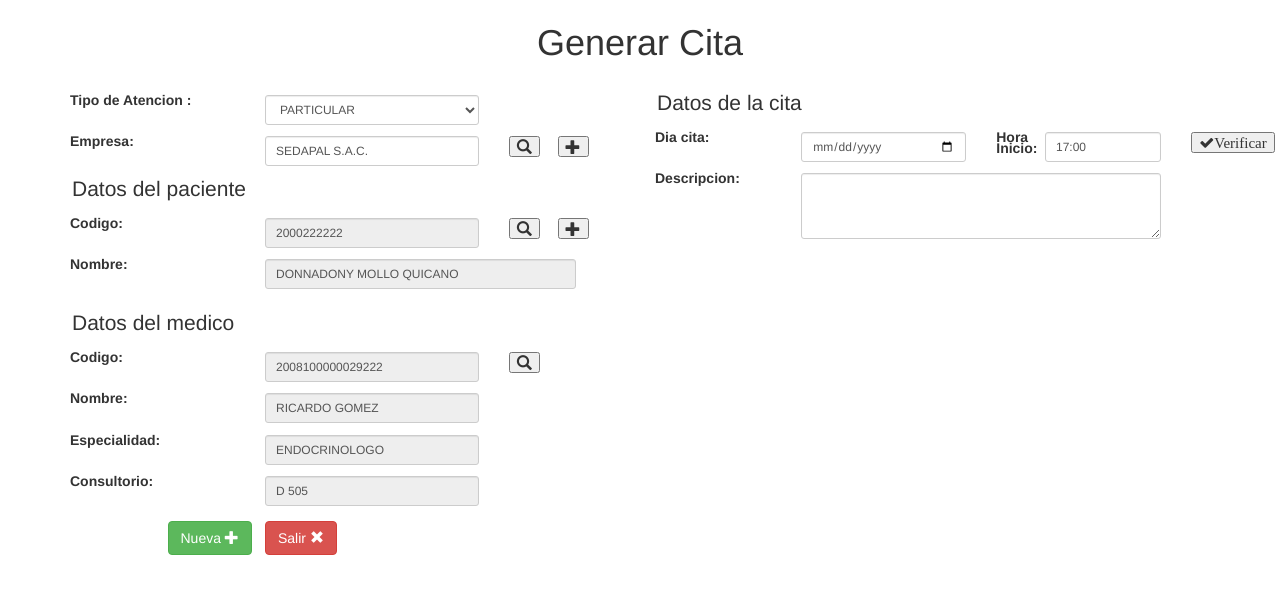
Repository: Donyx10/ADSII-ProyectoClinica
Page: http://localhost/AvanceWeb/GeneraCitaMedica.jsp
The author's editor kept a copy of each file at every save. The page is drawn from the files as they stood at one save, then again after the next save.
The browser window is 1280 px wide. The page is 1280 px wide, then 1285 px, so the pictures cover 1285 px, including what lies to the right of the window. The pictures show the whole page.
Some web fonts or font styles are not loaded; a fallback is used. The page is served by Tomcat 9. Other server files are loaded and not shown.

Above is the page before, as saved 2018-06-04 05:42:07.

### WebDemo/AvanceWeb/WebContent/GeneraCitaMedica.jsp
<!DOCTYPE html>
<html lang="esS">
<head>
<meta charset="UTF-8">
<meta name="viewport"
	content="width=device-width, initial-scale=1, maximum-scale=1, user-scalable=no">
<script type="text/javascript" src="js/jquery.min.js"></script>
<script type="text/javascript" src="js/jquery.dataTables.min.js"></script>
<script type="text/javascript" src="js/dataTables.bootstrap.min.js"></script>
<script type="text/javascript" src="js/bootstrap.min.js"></script>
<script type="text/javascript" src="js/bootstrapValidator.js"></script>
<link rel="stylesheet" href="css/bootstrap.css" />
<link rel="stylesheet" href="css/dataTables.bootstrap.min.css" />
<link rel="stylesheet" href="css/style.css" />
<link rel="stylesheet" href="css/bootstrapValidator.css" />
<link rel="stylesheet"
	href="https://cdnjs.cloudflare.com/ajax/libs/font-awesome/4.7.0/css/font-awesome.min.css">
<title>Generar Cita</title>

</head>
<body>

	<div class="container" style="padding-top: 3px; line-height: 0.8;">
		<h1 align="center">Generar Cita</h1>
		<br>
		<br>
		<form action="generarCita" id="id_form">
			<div class="form-group row">
				<div class="col-md-6" >

					<div class="form-group row" align="left" id="atencion">
						<div class="col-md-12" >
							<div class="row">
								<div class="col-md-4">
									<label for="atencion">Tipo de Atencion : </label>
								</div>
								<div class="col-md-5">
									<select class="form-control input-sm" style="">
										<option>PARTICULAR
										<option>EPS
										<option>SEGURO
									</select>
								</div>
							</div>
							<br>
							<div class="row">
									<div class="col-md-4">
										<label class="" for="id_codigo">Empresa:</label>
									</div>
									<div class="col-md-5">
										<input class="form-control input-sm" type="text"
											value="SEDAPAL S.A.C." id="" name=""
											placeholder="Ingrese el codigo">
									</div>
									<div class="col-md-1" align="right">
										<button style="font-size: 15px">
											<i class="glyphicon glyphicon-search"></i>
										</button>
									</div>
									<div class="col-sm-1">
										<button style="font-size: 15px">
											<i class="glyphicon glyphicon-plus"></i>
										</button>
									</div>
								</div>

						</div>
					</div>

					<div class="form-group row" align="left" id="paciente">
						<div class="col-md-12" >
							<fieldset>
								<legend>Datos del paciente</legend>
								<div class="row">
									<div class="col-md-4">
										<label class="" for="id_codigo">Codigo:</label>
									</div>
									<div class="col-md-5">
										<input class="form-control input-sm" type="text" readonly="readonly"
											value="2000222222" id="" name=""
											placeholder="Ingrese el codigo">
									</div>
									<div class="col-md-1" align="right">
										<button style="font-size: 15px">
											<i class="glyphicon glyphicon-search"></i>
										</button>
									</div>
									<div class="col-sm-1">
										<button style="font-size: 15px">
											<i class="glyphicon glyphicon-plus"></i>
										</button>
									</div>
								</div>
								<br>
								<div class="row">
									<div class="col-md-4">
										<label class="" for="">Nombre:</label>
									</div>
									<div class="col-md-7">
										<input class="form-control input-sm" type="text" readonly="readonly"
											value="DONNADONY MOLLO QUICANO" id="" name=""
											placeholder="Ingrese el nombre" size="30">
									</div>
								</div>

							</fieldset>
						</div>

					</div>

					<br>
					<div class="form-group row" id="cita" >
						<div class="col-md-12">
						<fieldset>
								<legend>Datos del medico</legend>

								<div class="row">
									<div class="col-md-4">
										<label class="" for="id_codigo">Codigo:</label>
									</div>
									<div class="col-md-5">
										<input class="form-control input-sm" type="text" readonly="readonly"
											id="id_codigo" value="2008100000029222"
											name="computadora.nombre" placeholder="Ingrese el codigo">

									</div>
									<div class="col-md-1">
										<button style="font-size: 15px">
											<i class="glyphicon glyphicon-search"></i>
										</button>
									</div>
								</div>
								<br>
								<div class="row">
									<div class="col-md-4">
										<label class="" for="">Nombre:</label>
									</div>
									<div class="col-md-5">
										<input class="form-control input-sm" type="text" id="" readonly="readonly"
											value="RICARDO GOMEZ" name="" placeholder="Ingrese el nombre">
									</div>
								</div>
								<br>
								<div class="row">
									<div class="col-md-4">
										<label class="" for="">Especialidad:</label>
									</div>
									<div class="col-md-5">
										<input class="form-control input-sm" type="text" id="" name="" readonly="readonly"
											value="ENDOCRINOLOGO" placeholder="Ingrese la especialidad">
									</div>
								</div>
								<br>
								<div class="row">
									<div class="col-md-4">
										<label class="" for="">Consultorio:</label>
									</div>
									<div class="col-md-5">
										<input class="form-control input-sm" type="text" id="" name="" readonly="readonly"
											value="D 505" placeholder="Ingrese el consultorio">
									</div>
								</div>
							</fieldset>

						</div>
					</div>
					<div class="form-group row" id="botones">
						<div class="col-md-2" align="center"></div>
						<div class="col-md-2" align="center">
							<button type="submit" class="btn btn-success">
								Nueva <span class="glyphicon glyphicon-plus"></span>
							</button>
						</div>
						<div class="col-md-2" align="center">
							<button type="submit" class="btn btn-danger">
								Salir <span class="glyphicon glyphicon-remove"></span>
							</button>
						</div>
					</div>
				</div>
				<div class="col-md-6" >
					<div class="form-group row" id="medico"
						>
						<div class="col-md-12" >
							<fieldset>
								<legend>Datos de la cita </legend>
								<!--
								<div class="row">
									<div class="col-md-3">
										<label class="" for="">Especialidad:</label>
									</div>
									<div class="col-md-4">
										<select class="form-control input-sm">
											<option>TRAUMATOLOGIA
											<option>CIRUJIA
											<option>GINECOLOGIA
										</select>
									</div>
								</div>
								<br>
								 -->
								<!--
						<div class="row">
							<div class="col-md-3">
								<label class="" for="">Numero:</label>
							</div>
							<div class="col-md-3">
								<input class="form-control" type="text" id="" name="" value="001-000029"
									size="10" placeholder="Numero">
							</div>
						</div>
						<br>-->
								<div class="row">
									<div class="col-md-3">
										<label class="" for="id_codigo">Dia cita:</label>
									</div>
									<div class="col-md-4">
										<input class="form-control input-sm" type="date" id=""
											value="5/18/2018" name="" placeholder="Dia" size="10">

									</div>

									<div class="col-md-1">
										<label class="" for="id_codigo">Hora Inicio:</label>
									</div>
									<div class="col-md-3">
										<input class="form-control input-sm" type="text" id="" name=""
											value="17:00" placeholder="Hora" size="10">

									</div>
									<div class="col-md-1">
										<button style="font-size: 15px">
											<i class="fa fa-check">Verificar</i>
										</button>

									</div>
								</div>
								<br>
								<div class="row">
									<div class="col-md-3">
										<label class="" for="">Descripcion:</label>
									</div>
									<div class="col-lg-8">
										<textarea class="form-control input-sm" rows="3" id="comment"></textarea>
									</div>
								</div>
							</fieldset>
						</div>
					</div>
				</div>
			</div>
		</form>
	</div>
</body>
</html>

### WebDemo/AvanceWeb/WebContent/css/style.css


.table-fixed {
	width: 100%;
	background-color: #f3f3f3;
}

.table-fixed tbody {
	height: 120px;
	overflow-y: auto;
	width: 100%;
}

.table-fixed thead, .table-fixed tbody, .table-fixed tr, .table-fixed td,
	.table-fixed th {
	display: block;
}

.table-fixed tbody td {
	float: left;
}

.table-fixed thead tr th {
	float: left;
	background-color: #f39c12;
	border-color: #e67e22;
}

legend {
    display: block;
    padding-left: 2px;
    padding-right: 2px;
    border: none;
}

Loaded but not shown: WebDemo/AvanceWeb/WebContent/js/jquery.min.js (library); WebDemo/AvanceWeb/WebContent/js/jquery.dataTables.min.js (library); WebDemo/AvanceWeb/WebContent/js/dataTables.bootstrap.min.js (common file); WebDemo/AvanceWeb/WebContent/js/bootstrap.min.js (library); WebDemo/AvanceWeb/WebContent/js/bootstrapValidator.js (library); WebDemo/AvanceWeb/WebContent/css/bootstrap.css (library); WebDemo/AvanceWeb/WebContent/css/dataTables.bootstrap.min.css (library); WebDemo/AvanceWeb/WebContent/css/bootstrapValidator.css (common file)

After the next save:
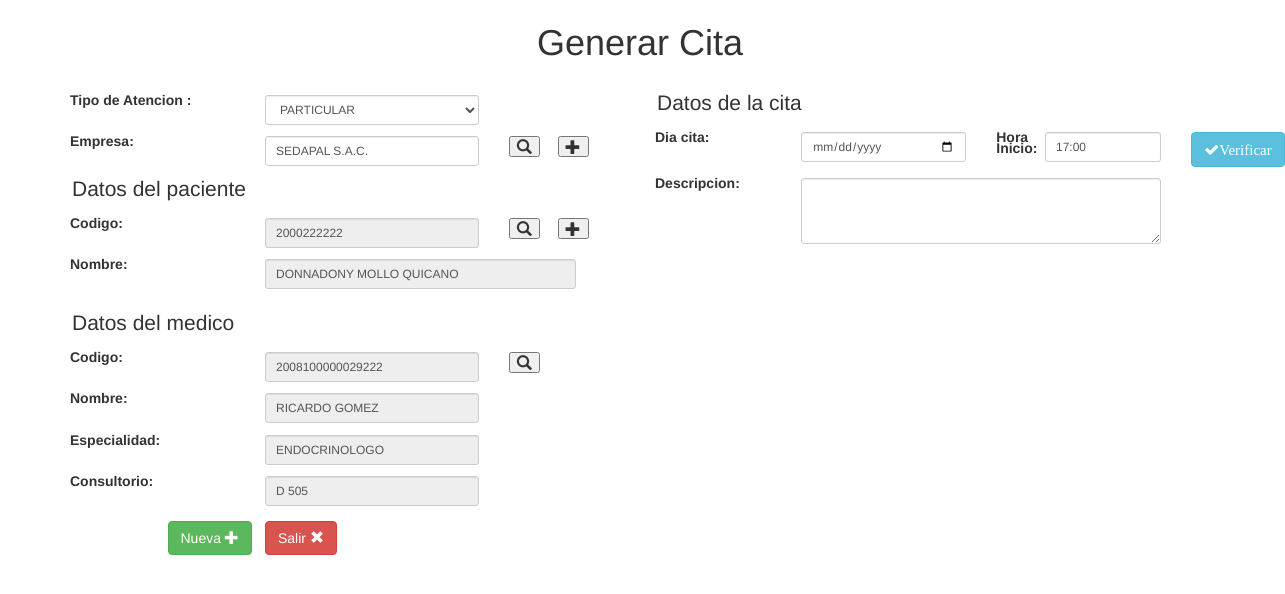
Saved 62 s later.
--- a/WebDemo/AvanceWeb/WebContent/GeneraCitaMedica.jsp
+++ b/WebDemo/AvanceWeb/WebContent/GeneraCitaMedica.jsp
@@ -229,7 +229,7 @@
 
 									</div>
 									<div class="col-md-1">
-										<button style="font-size: 15px">
+										<button style="font-size: 15px" class="btn btn-info">
 											<i class="fa fa-check">Verificar</i>
 										</button>
 
